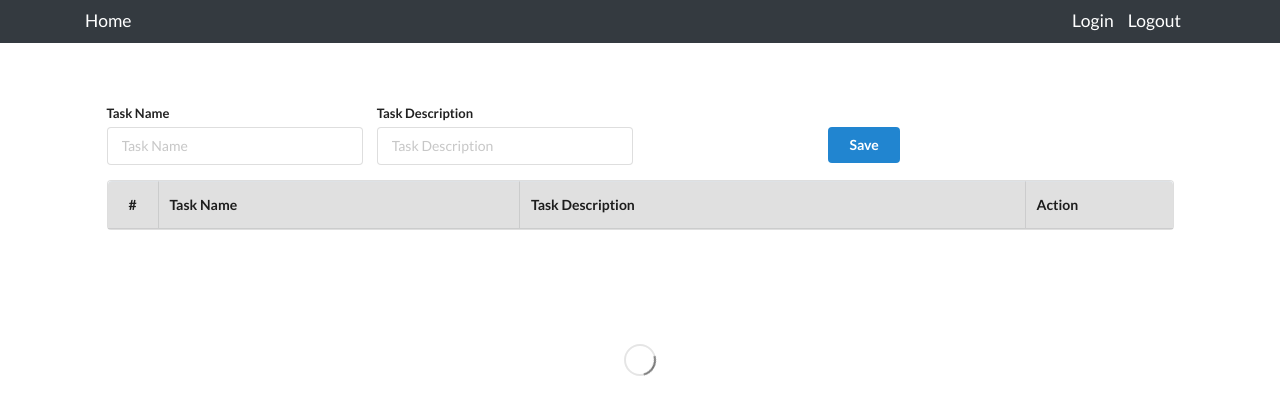
Repository: balkisys/react-js-crud
Page: /
These files come from the project's save history. The page is drawn as it stood at one moment and after the next save; the edit follows.
The browser window is 1280 px wide. The pictures show the whole page.
The page's requests for data from a server got no answer. The project was rebuilt for these pictures with package versions that can differ from the ones it lists, and the page was loaded fresh each time. No one was signed in, and anything a server would have sent is missing. Also part of the build but not shown: src/components/Task.js.

Above is the page before, as saved 2021-02-07 19:48:37.

After the next save:
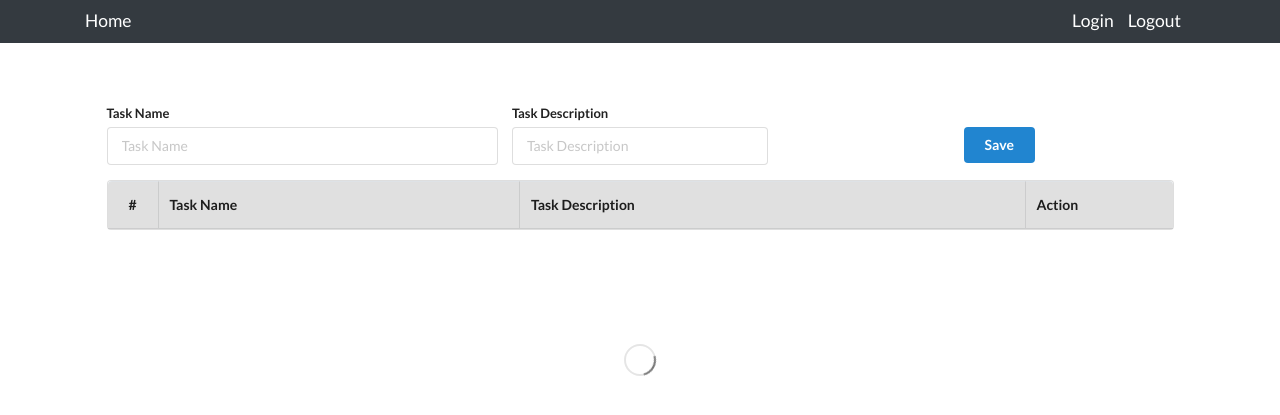
Saved 4 min 16 s later.
--- a/src/components/MyForm.js
+++ b/src/components/MyForm.js
@@ -76,7 +76,7 @@ class MyForm extends Component {
        return (
       <form className= "ui form">
        <div className="fields">
-           <div className="four wide field">
+           <div className="six wide field">
            <label> Task Name </label>
            <input
             type="text"
